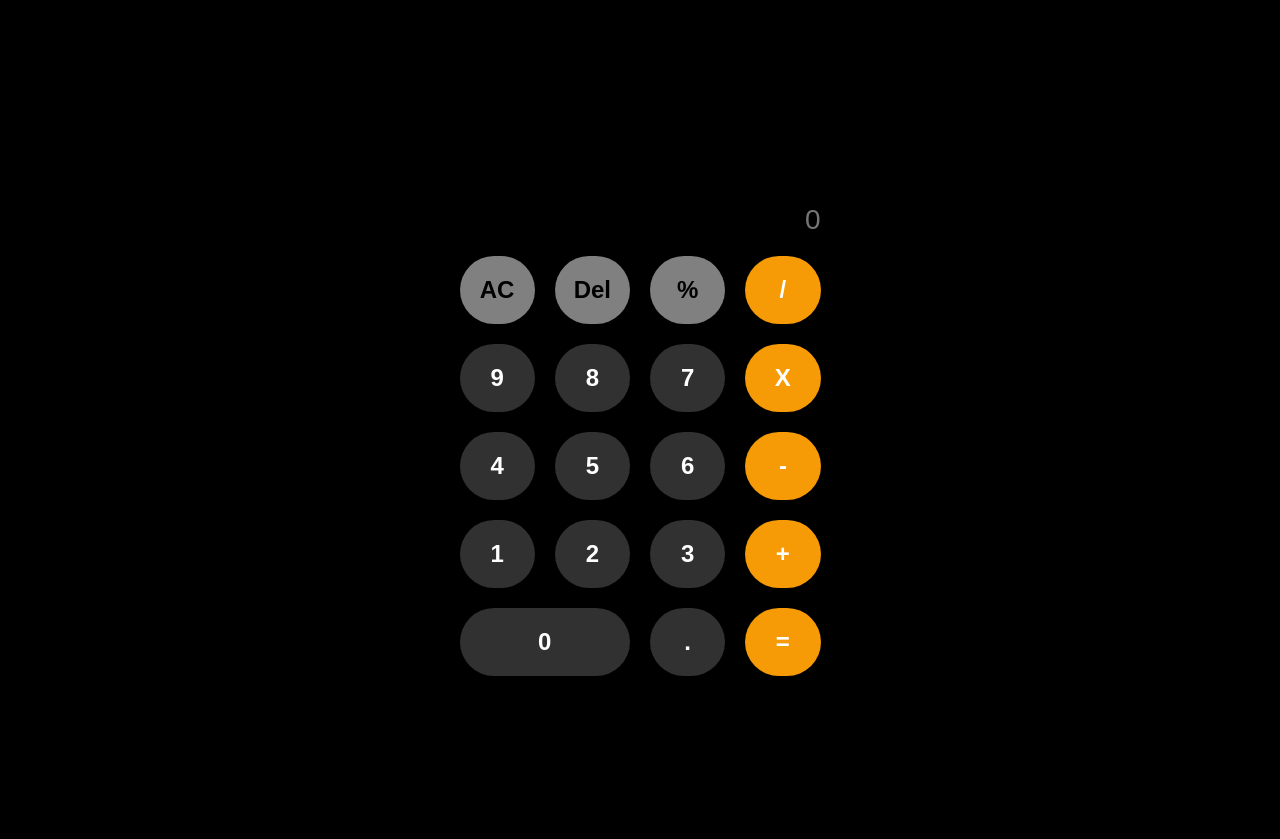
Repository: ble-syn/reactCalculator
Page: /
These files come from the project's save history. The page is drawn as it stood at one moment and after the next save; the edit follows.
The browser window is 1280 px wide. The pictures show the whole page.
The project was rebuilt for these pictures with package versions that can differ from the ones it lists, and the page was loaded fresh each time.

Above is the page before, as saved 2022-10-06 21:52:15.

After the next save:
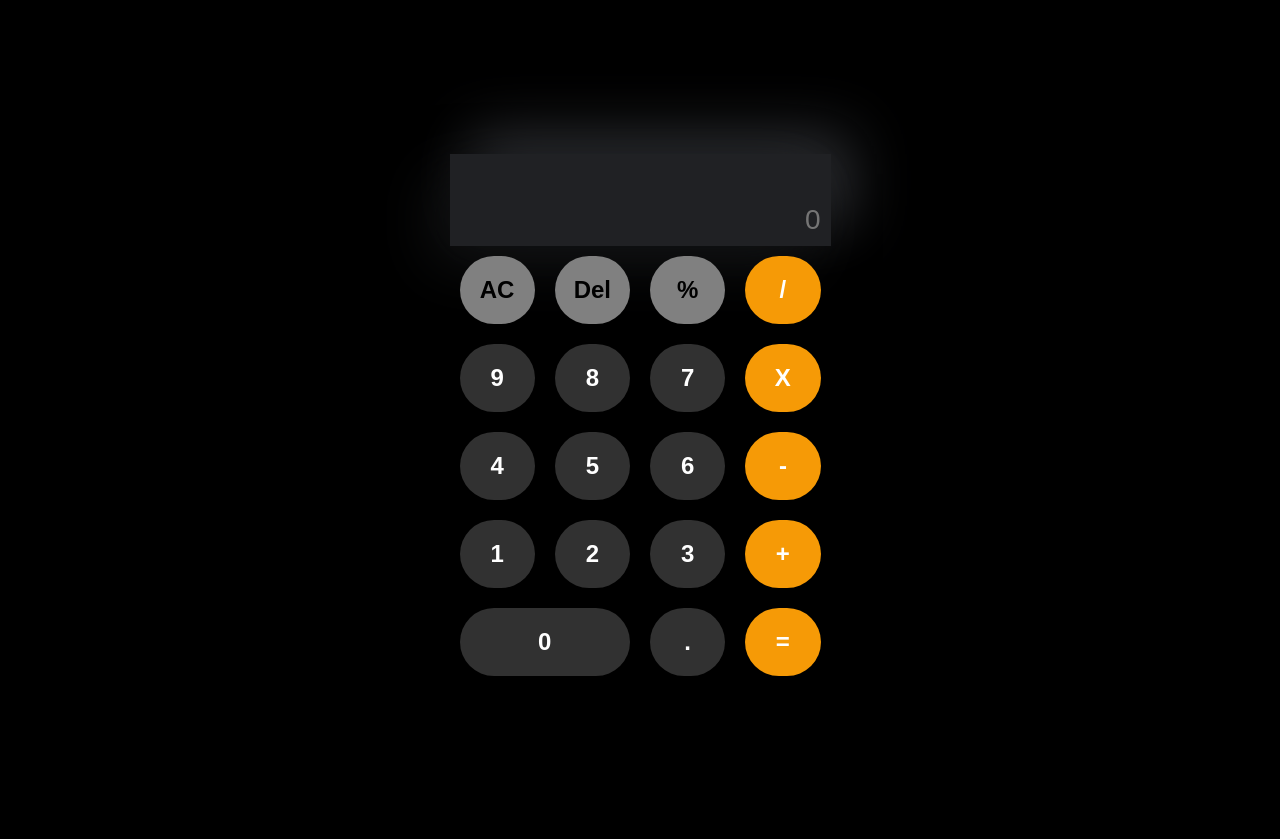
Saved 14 min 27 s later.
--- a/src/index.css
+++ b/src/index.css
@@ -24,6 +24,9 @@
   padding: 50px 10px 10px;
   color: #fff;
   background-color: #000;
+  background: #202124;
+  box-shadow:  -20px 20px 60px #101112,
+             20px -20px 60px #303236;
 }
 
 .calculator-keys{

After the save that followed:
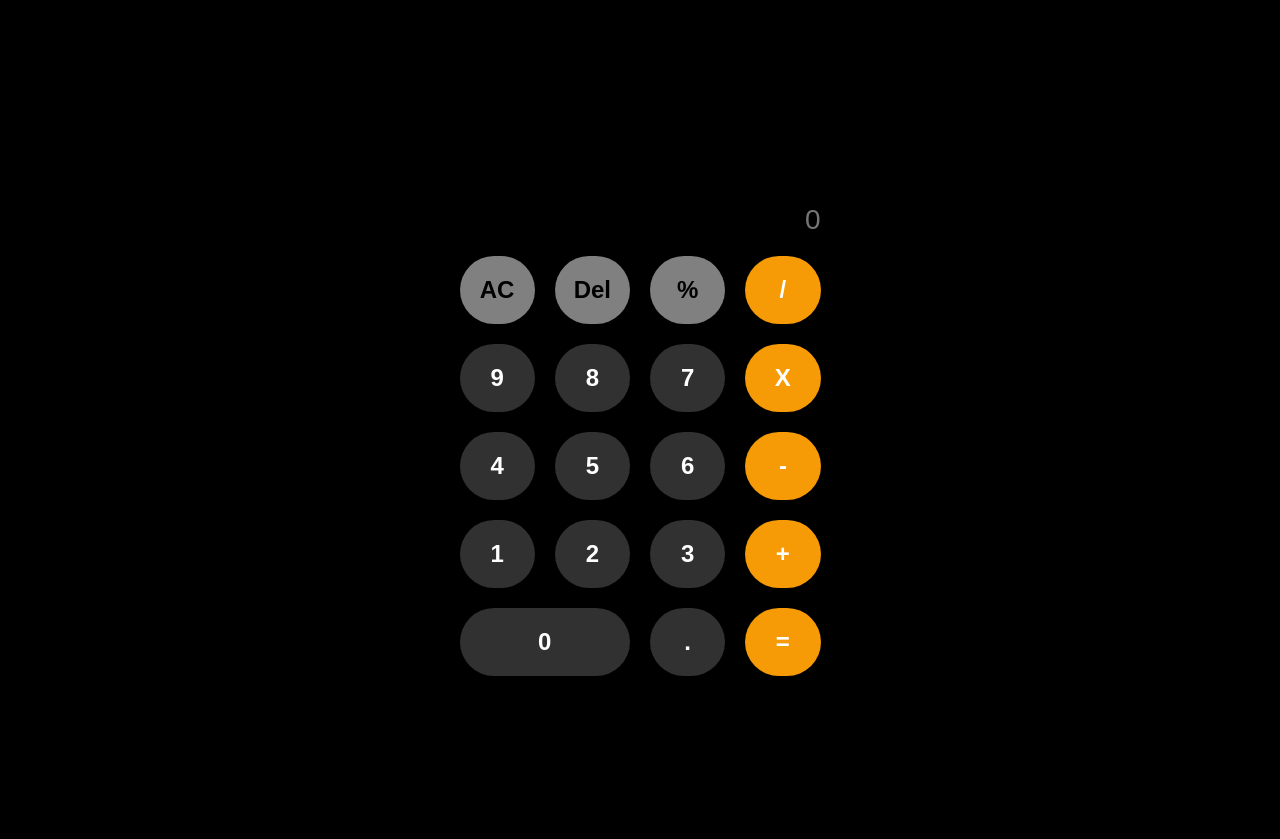
Saved 25 s later.
--- a/src/index.css
+++ b/src/index.css
@@ -15,6 +15,9 @@
 .container {
   max-width: 1200px;
   padding: 10px;
+  background: #202124;
+box-shadow:  -20px 20px 60px #101112,
+             20px -20px 60px #303236;
 }
 #calculator-display {
   border: none;
@@ -24,9 +27,6 @@
   padding: 50px 10px 10px;
   color: #fff;
   background-color: #000;
-  background: #202124;
-  box-shadow:  -20px 20px 60px #101112,
-             20px -20px 60px #303236;
 }
 
 .calculator-keys{
